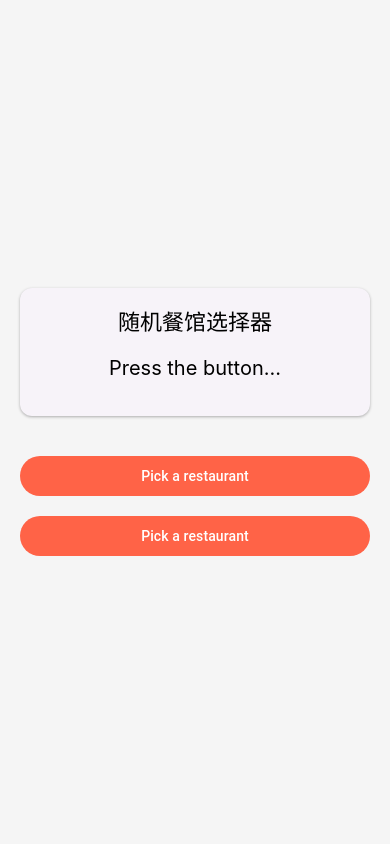
Repository: RidenShogunei/react-native-liveapp
Page: /Res (app in LiveTool/)
The author's editor kept a copy of each file at every save. The page is drawn from the files as they stood at one save, then again after a run of saves.
The browser window is 390 px wide. The pictures show the whole page.
The page's requests for data from a server got no answer. The app was drawn by React Native's web renderer in a window 390 px wide. The project was rebuilt for these pictures with package versions that can differ from the ones it lists, and the page was loaded fresh each time. No one was signed in, and anything a server would have sent is missing.

Above is the page before, as saved 2024-05-12 12:52:52.

### LiveTool/App.tsx
import React from 'react';
import {NavigationContainer} from '@react-navigation/native';
import {createStackNavigator} from '@react-navigation/stack';
import MainPage from './pages/mian';
import {PaperProvider} from 'react-native-paper';
import {MD3LightTheme as DefaultTheme} from 'react-native-paper';
import Res from './pages/chooseRestaurant';
// 创建一个 Stack Navigator
const Stack = createStackNavigator();
const theme = {
  ...DefaultTheme,
  colors: {
    ...DefaultTheme.colors,
    primary: 'tomato',
    secondary: 'yellow',
  },
};
function App() {
  return (
    <PaperProvider theme={theme}>
      <NavigationContainer>
        <Stack.Navigator initialRouteName="Main">
          <Stack.Screen
            name="Main"
            component={MainPage}
            options={{headerShown: false}}
          />
          <Stack.Screen
            name="Res"
            component={Res}
            options={{headerShown: false}}
          />
        </Stack.Navigator>
      </NavigationContainer>
    </PaperProvider>
  );
}

export default App;

### LiveTool/pages/mian.tsx
import React, {useState, useEffect} from 'react';
import {View, Text, ScrollView, Dimensions, StyleSheet} from 'react-native';
import {Card, Button} from 'react-native-paper';
import {Picker} from '@react-native-picker/picker';
const {width: viewportWidth} = Dimensions.get('window');

function MainPage({ navigation }) {
  const [weather, setWeather] = useState(null);
  const [city, setCity] = useState(101010100);
  useEffect(() => {
    fetch(
      `https://devapi.qweather.com/v7/weather/now?location=${city}&key=acfa15e64b854efcb254f98a8b29568e`,
    )
      .then(response => {
        console.log('Response status:', response.status);
        return response.json();
      })
      .then(data => {
        console.log('Weather data:', data);
        setWeather(data);
      })
      .catch(error => {
        console.error('Error fetching weather data:', error);
      });
  }, [city]);

  return (
    <ScrollView contentContainerStyle={{flexGrow: 1}}>
      <ScrollView
        horizontal
        pagingEnabled
        showsHorizontalScrollIndicator={false}
        contentContainerStyle={{
          alignItems: 'center',
          justifyContent: 'center',
        }}>
        {weather && (
          <Card style={{width: viewportWidth}}>
            <Card.Content>
              <Text style={styles.text}>实时天气</Text>
              <Picker
                selectedValue={city}
                style={{
                  height: 50,
                  width: 120,
                  borderWidth: 1,
                  borderColor: '#000',
                  shadowColor: '#000',
                  shadowOffset: {width: 0, height: 2},
                  shadowOpacity: 0.8,
                  shadowRadius: 2,
                  elevation: 1,
                }}
                onValueChange={(itemValue, itemIndex) => setCity(itemValue)}>
                <Picker.Item label="北京" value="101010100" />
                <Picker.Item label="上海" value="101020100" />
                <Picker.Item label="嘉定" value="101020500" />
                {/* 更多城市省略... */}
              </Picker>
              <Text>{`Temperature: ${weather.now.temp}度`}</Text>
              <Text>{`Feels Like: ${weather.now.feelsLike}度`}</Text>
              <Text>{`Weather: ${weather.now.text}`}</Text>
              <Text>{`Wind Direction: ${weather.now.windDir}`}</Text>
              <Text>{`Wind Scale: ${weather.now.windScale}级`}</Text>
            </Card.Content>
          </Card>
        )}
      </ScrollView>

      <View>
        <Card style={{margin: 10}}>
          <Card.Content>
            <Text style={styles.text}>选餐馆{'\n'}</Text>
            <Button
              mode="contained"
              onPress={() => navigation.navigate('Res')}>
              Press me
            </Button>
          </Card.Content>
        </Card>
        <Card style={{margin: 10}}>
          <Card.Content>
            <Text style={styles.text}>Card content{'\n'}</Text>
            <Button
              mode="contained"
              onPress={() => console.log('Button pressed')}>
              Press me
            </Button>
          </Card.Content>
        </Card>
        <Card style={{margin: 10}}>
          <Card.Content>
            <Text style={styles.text}>More card content{'\n'}</Text>
            <Button
              mode="contained"
              onPress={() => console.log('Another button pressed')}>
              Press me
            </Button>
          </Card.Content>
        </Card>
        {/* 更多的 Card... */}
      </View>
    </ScrollView>
  );
}
const styles = StyleSheet.create({
  container: {
    flex: 1,
    backgroundColor: '#fff',
    alignItems: 'center',
    justifyContent: 'center',
  },
  text: {
    textAlign: 'center',
    fontSize: 20,
  },
});
export default MainPage;

### LiveTool/pages/chooseRestaurant.tsx
import React, {useState} from 'react';
import {View, Text, StyleSheet} from 'react-native';
import {Button, Card} from 'react-native-paper';

const RestaurantPicker = ({ navigation }) => {
  const [selectedRestaurant, setSelectedRestaurant] = useState(
    'Press the button...',
  );
  const restaurants = [
    'KFC',
    'MacDonalds',
    'Burger King',
    'Pizza Hut',
    'Taco Bell',
    'Subway',
    'Starbucks',
    "Domino's",
  ];

  const selectRestaurant = () => {
    let index = 0;
    const intervalId = setInterval(() => {
      setSelectedRestaurant(restaurants[index]);
      index = index === restaurants.length - 1 ? 0 : index + 1;
    }, 100);

    setTimeout(() => clearInterval(intervalId), 2000); // after 2 seconds, the name will stop changing
  };

  return (
    <View style={styles.container}>
      <Card style={styles.card}>
        <Card.Content>
          <Text style={{fontSize: 22, textAlign: 'center',color:'black'}}>
            随机餐馆选择器
          </Text>
          <Text style={styles.text}>{selectedRestaurant}</Text>
        </Card.Content>
      </Card>
      <Button mode="contained" onPress={selectRestaurant} style={styles.button}>
        Pick a restaurant
      </Button>
      <Button mode="contained"  onPress={() => navigation.navigate('Res')} style={styles.button}>
        Pick a restaurant
      </Button>
    </View>
  );
};

const styles = StyleSheet.create({
  container: {
    flex: 1,
    justifyContent: 'center',
    paddingHorizontal: 20,
    backgroundColor: '#f5f5f5',
  },
  text: {
    fontSize: 20,
    textAlign: 'center',
    marginVertical: 20,
  },
  card: {
    marginBottom: 20,
  },
  button: {
    marginTop: 20,
  },
});

export default RestaurantPicker;

After the next 2 saves:
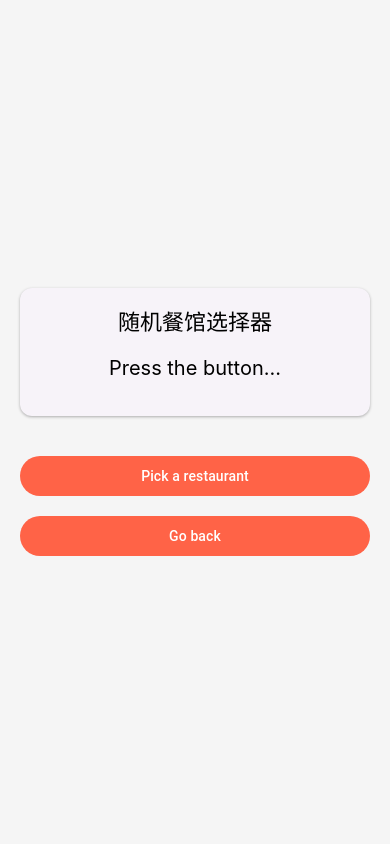
The 2 saves are shown as one change because they came seconds apart.
The last was saved 8 s later.
--- a/LiveTool/pages/chooseRestaurant.tsx
+++ b/LiveTool/pages/chooseRestaurant.tsx
@@ -41,7 +41,7 @@ const RestaurantPicker = ({ navigation }) => {
         Pick a restaurant
       </Button>
       <Button mode="contained"  onPress={() => navigation.navigate('Res')} style={styles.button}>
-        Pick a restaurant
+        Go back
       </Button>
     </View>
   );
